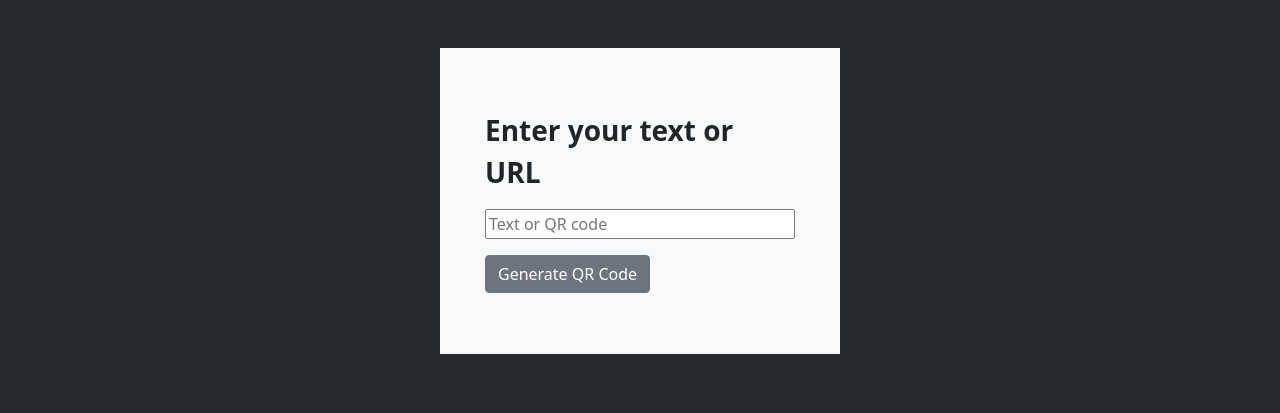
Repository: zeinawady/Qr-Code-Generator-App
Page: index.html
These files come from the project's save history. The page is drawn as it stood at one moment and after the next save; the edit follows.
The browser window is 1280 px wide. The pictures show the whole page.

Above is the page before, as saved 2024-10-30 00:30:04.

### index.html
<!DOCTYPE html>
<html lang="en">
<head>
    <meta charset="UTF-8">
    <meta name="viewport" content="width=device-width, initial-scale=1.0">
    <title>Qr code generator</title>
    <link rel="stylesheet" href="css/bootstrap.min.css.map">
    <link rel="stylesheet" href="css/bootstrap.min.css">
    <link rel="stylesheet" href="css/style.css">
</head>
<body>
    <div class="container  d-flex justify-content-center align-items-center bg-light mt-5">
   <div class="qr-container">
<p class="my-3 fw-bold fs-3">Enter your text or URL</p>
<input type="text" placeholder="Text or QR code">
<button class="btn btn-secondary my-3 d-flex justify-content-center">Generate QR Code</button>
   </div>
</div>

    <script src="js/bootstrap.bundle.min.js"></script>
    <script src="js/bootstrap.bundle.min.js.map"></script>
<script src="js/script.js"></script>
</body>
</html>

### css/style.css
body{
    background-color:#262a2f ;
}
.container{
    max-width: 400px;
   padding: 45px;
}
input{
    width: 100%;
    he
}

Loaded but not shown: css/bootstrap.min.css (library); js/bootstrap.bundle.min.js (library); js/script.js (no copy from this time; the picture is the same without it)

After the next save:
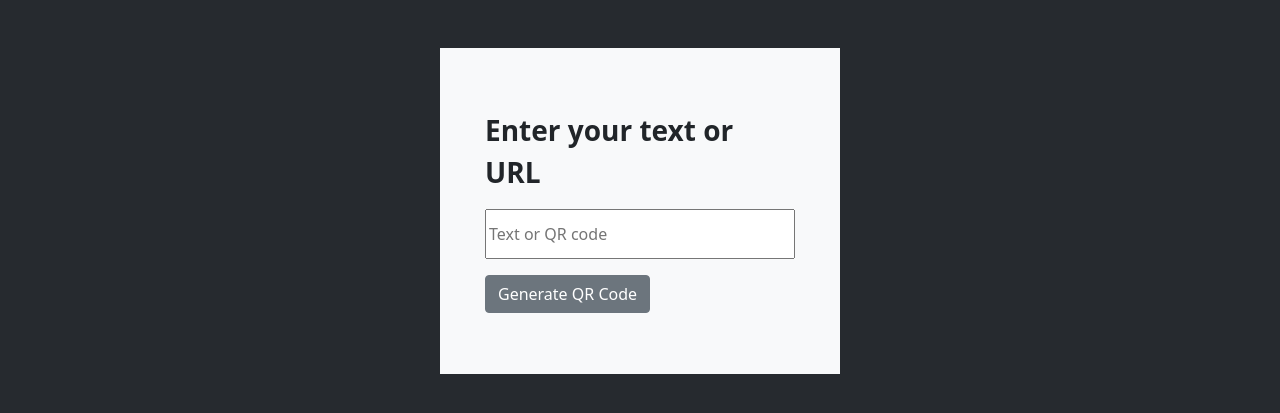
Saved 4 s later.
--- a/css/style.css
+++ b/css/style.css
@@ -7,5 +7,6 @@ body{
 }
 input{
     width: 100%;
-    he
+    height: 50px;
+
 }
